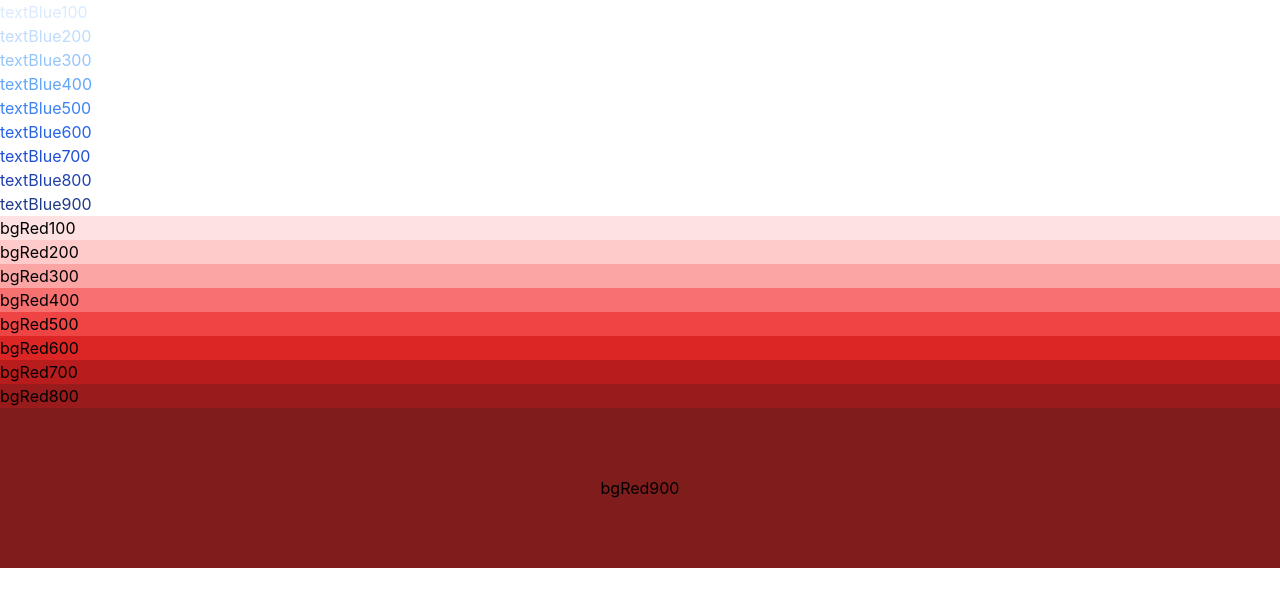
Repository: wogml3270/react-test-server
Page: /
An editor plug-in stored every save of this project. The page is shown before and after the next save, followed by the edit.
The browser window is 1280 px wide. The pictures show the whole page.
The project was rebuilt for these pictures with package versions that can differ from the ones it lists, and the page was loaded fresh each time. Also part of the build but not shown: src/App.css.

Above is the page before, as saved 2022-08-04 20:35:02.

### src/index.js
import React from 'react';
import ReactDOM from 'react-dom/client';
import './index.css';
import App from './App';
import reportWebVitals from './reportWebVitals';
import './tailwind.css';

const root = ReactDOM.createRoot(document.getElementById('root'));
root.render(
  <React.StrictMode>
    <App />
  </React.StrictMode>
);

// If you want to start measuring performance in your app, pass a function
// to log results (for example: reportWebVitals(console.log))
// or send to an analytics endpoint. Learn more: https://bit.ly/CRA-vitals
reportWebVitals();

### src/App.js

import './App.css';

function App() {
  return (
    <>
      <div className="">
        <h1 className="text-blue-100">textBlue100</h1>
        <h1 className="text-blue-200">textBlue200</h1>
        <h1 className="text-blue-300">textBlue300</h1>
        <h1 className="text-blue-400">textBlue400</h1>
        <h1 className="text-blue-500">textBlue500</h1>
        <h1 className="text-blue-600">textBlue600</h1>
        <h1 className="text-blue-700">textBlue700</h1>
        <h1 className="text-blue-800">textBlue800</h1>
        <h1 className="text-blue-900">textBlue900</h1>

        <h1 className="bg-red-100">bgRed100</h1>
        <h1 className="bg-red-200">bgRed200</h1>
        <h1 className="bg-red-300">bgRed300</h1>
        <h1 className="bg-red-400">bgRed400</h1>
        <h1 className="bg-red-500">bgRed500</h1>
        <h1 className="bg-red-600">bgRed600</h1>
        <h1 className="bg-red-700">bgRed700</h1>
        <h1 className="bg-red-800">bgRed800</h1>
        <h1 className="bg-red-900 h-40 flex justify-center items-center">bgRed900</h1>
      </div>
    </>
  );
}

export default App;

### src/tailwind.css
/* src/tailwind.css */

@tailwind base;
@tailwind components;
@tailwind utilities;

### tailwind.config.js
// tailwindcss.config.js

module.exports = {
    content: ['./src/**/*.{js,jsx,ts,tsx}', './public/index.html'],
    theme: {
        extend: {},
    },
    plugins: [],
};

Loaded but not shown: public/index.html (common file); src/index.css (common file); src/reportWebVitals.js (common file)

After the next save:
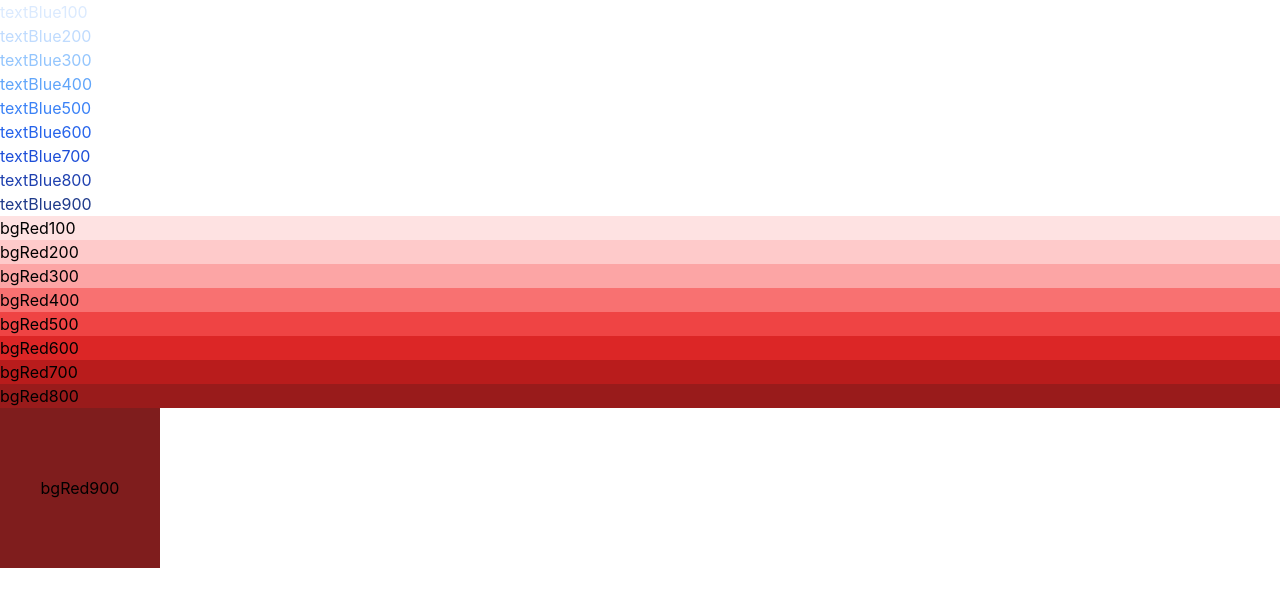
Saved 17 s later.
--- a/src/App.js
+++ b/src/App.js
@@ -23,7 +23,7 @@ function App() {
         <h1 className="bg-red-600">bgRed600</h1>
         <h1 className="bg-red-700">bgRed700</h1>
         <h1 className="bg-red-800">bgRed800</h1>
-        <h1 className="bg-red-900 h-40 flex justify-center items-center">bgRed900</h1>
+        <h1 className="bg-red-900 h-40 w-40 flex justify-center items-center">bgRed900</h1>
       </div>
     </>
   );
